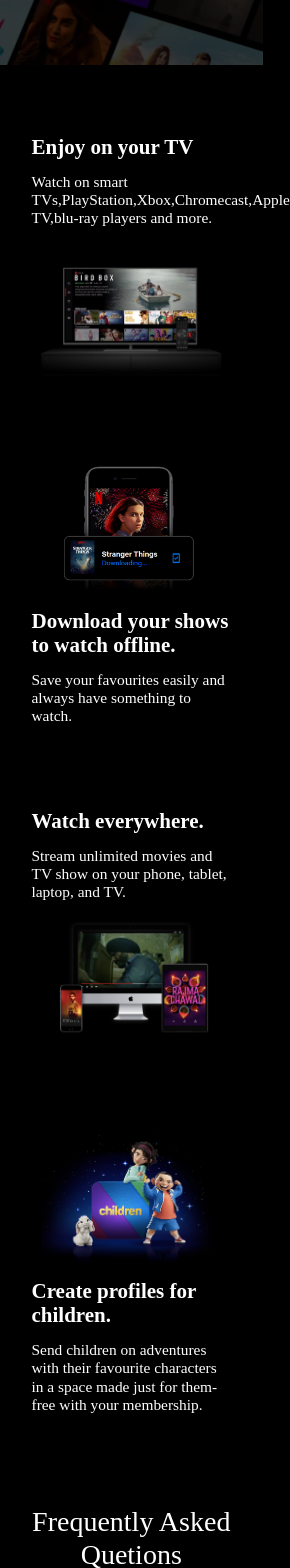
Repository: kiranjeetkaur01/netflixclone.github.io
Page: index.html
The author's editor kept a copy of each file at every save. The page is drawn from the files as they stood at one save, then again after the next save.
The browser window is 375 px wide. The page is 414 px wide, then 375 px, so the pictures cover 414 px, including what lies to the right of the window. The pictures show the part of the page from y = 707 to 2947 px (the page is 4078 px tall before and 3910 px after), at 70% of full size.

Above is the page before, as saved 2023-09-11 19:23:17.

After the next save:
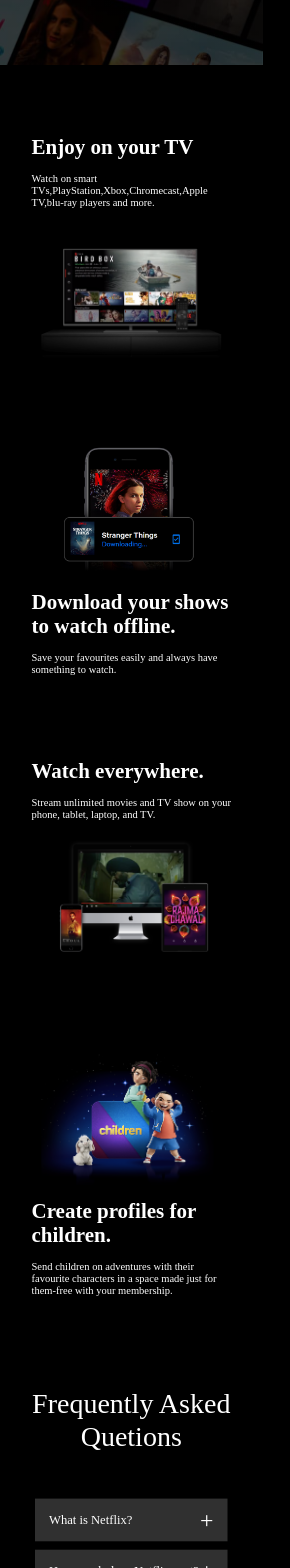
Saved 5 s later.
--- a/style.css
+++ b/style.css
@@ -259,6 +259,6 @@
         font-size: 30px;
     }
     .features p{
-        font-size: ;
-    }
-}
+        font-size: 15px;
+    }
+}
